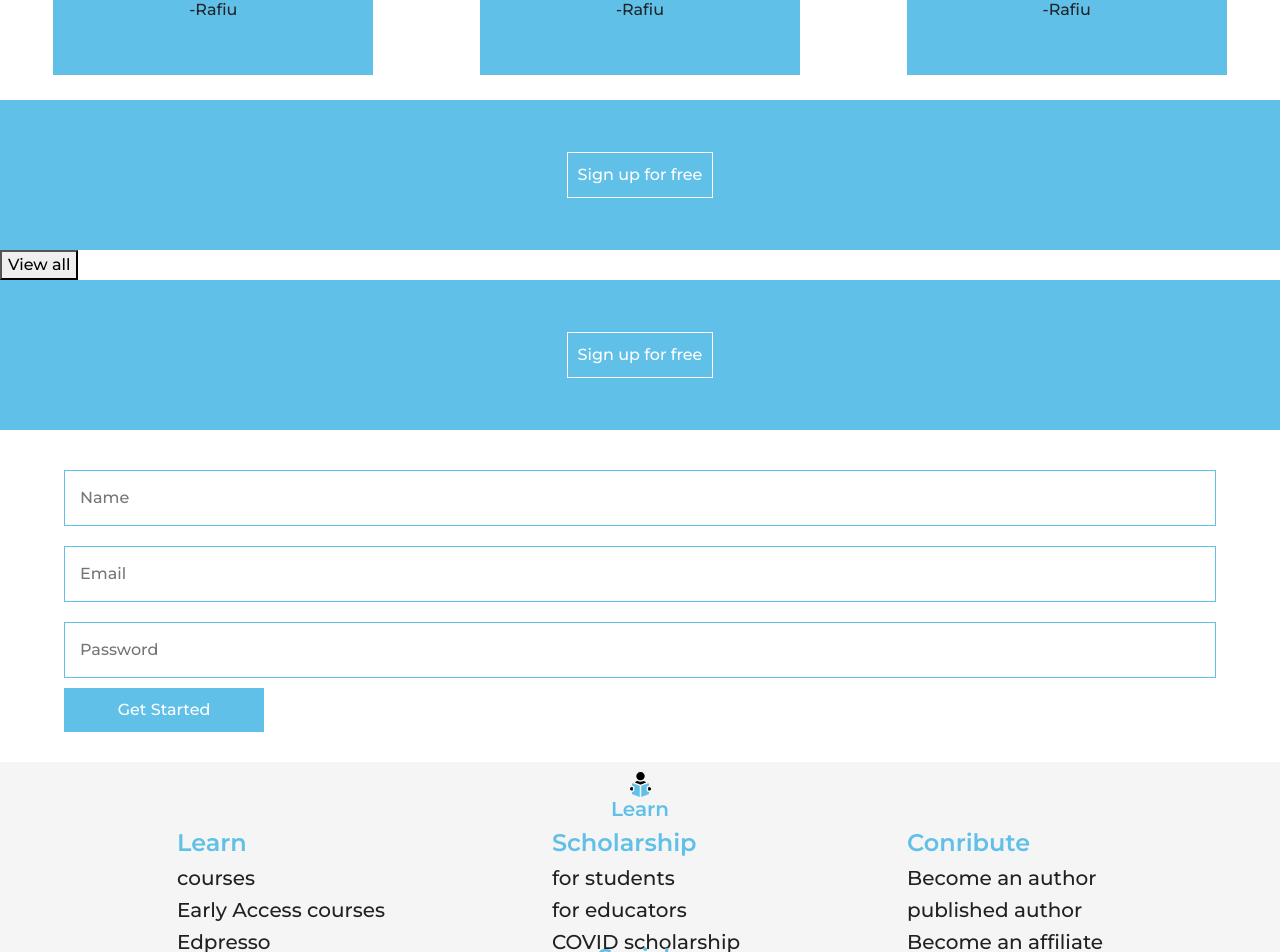
Repository: TiaraOluwanimi/team5
Page: tutor.html
An editor plug-in stored every save of this project. The page is shown before and after the next save, followed by the edit.
The browser window is 1280 px wide. The pictures show the part of the page from y = 2238 to 3190 px (the page is 3286 px tall before and 3256 px after).
A picture or video elsewhere on the page could not be fetched, so the positions and the page height are approximate. Some web libraries are served in a nearby version.

Above is the page before, as saved 2020-08-08 12:02:03.

### tutor.html
<!DOCTYPE html>
<html lang="zxx">
  <head>
    <meta charset="UTF-8" />
    <meta name="viewport" content="width=device-width, initial-scale=1.0" />
    <title>Online Tutoring</title>
    <!-- Custom Css -->
    <link rel="stylesheet" href="./assets/css/header-footer.css" />
    <link rel="stylesheet" href="./assets/css/tutor.css" />
    <link rel="stylesheet" href="./assets/css/testimonial.css" />
    <!-- Favicon -->

    <!---------------------- CDNs----------------- -->
    <!-- Bootstrap CSS CDN -->
    <link
      rel="stylesheet"
      href="https://maxcdn.bootstrapcdn.com/bootstrap/4.0.0/css/bootstrap.min.css"
      integrity="sha384-Gn5384xqQ1aoWXA+058RXPxPg6fy4IWvTNh0E263XmFcJlSAwiGgFAW/dAiS6JXm"
      crossorigin="anonymous"
    />
    <!-- fontawesome CDN -->
    <!-- Google Font -->
    <link href="https://fonts.googleapis.com/css2?family=Montserrat:wght@500;600&display=swap" rel="stylesheet">
    <!-- Font Awesome -->
    <script src="https://kit.fontawesome.com/0f19ba4771.js" crossorigin="anonymous"></script>

</head>

<body>
    <!-- Welcome to this online tutoring website. 😊 -->
    <!--  Header  -->
    <nav class="nav1">
      <a href="#"><img src="./assets/img/logo.png" alt="" /></a>
      <div class="nav1div1">
        <img
          class="searchicon"
          onclick="displaySearchBar()"
          src="./assets/img/search.png"
          alt=""
        />
        <button class="nav1butt1">Log in</button>
        <button class="nav1butt2">Join for free</button>
      </div>
      <div class="nav1div2 display">
        <input
          class="searchbar"
          type="text"
          placeholder="Enter Text here"

        />
      </div>
    </nav>

    <!-- Landing Page -->
    <div class="div1">
        <img class="div1img1" src="./assets/img/hero-img.png" alt="">
        <div class="div1div1">
            <i class="fas fa-play-circle fa-2x div1img2"></i>
            &nbsp;&nbsp;&nbsp;
            <h3 class="div1hh1">TAKE A TOUR</h3>
        </div>
    </div>

    <div class="div2">
        <h1 class="div2hh1">
            LEARN ALL YOU WANT, AT YOUR OWN
            <span class="div2hh2">PACE.</span>
        </h1>
        <h4 class="div2hh3">
            Lorem ipsum dolor sit amet, consectetur
            adipiscing elit, sed do eiusmod tempor
            incididunt ut labore et dolore magna
            aliqua. Ut enim ad minim veniam, quis
            nostrud exercitation ullamco laboris nisi
            ut aliquip ex ea commodo consequat.
        </h4>
        <div class="div2div1">
            <button class="div2butt1">Get Started</button>
        </div>
    </div>
    <!-- join us section -->
    <section id="join-us" class="py-5" style="position: relative;">
        <div style="position: absolute; right: 0px; top:-10px;">
          <img src="./assets/img/Ellipse13.png" alt="" class="img-fluid" >
        </div>
        <div class="container">
          <div class="row">
            <div class="col-12 mx-auto text-center">
              <h4 class="mx-auto sec-head">
                <span><strong>Join Us</strong></span>
              </h4>
              <p>
                Join us for free classes taught by experts. And explore hundreds
                of free online classes.
              </p>
            </div>
            <div class="row py-3">
                <div class="col-md-4 text-center my-3">
                  <div class="box-shadow py-3">
                    <img
                      src="./assets/img/course.png"
                      alt=""
                      class="join-img img-fluid rounded-circle w-50"
                    />
                    <h4 class="my-5"><strong>Choose a Course</strong></h4>
                  </div>
                </div>
                <div class="col-md-4 text-center my-3">
                  <div class="box-shadow py-3">
                    <img
                      src="./assets/img/skillset.png"
                      alt=""
                      class="join-img img-fluid rounded-circle w-50"
                    />
                    <h4 class="my-5"><strong>Grow your skillset</strong></h4>
                  </div>
                </div>
                <div class="col-md-4 text-center my-3">
                  <div class="box-shadow py-3">
                    <img
                      src="./assets/img/mentorship.png"
                      alt=""
                      class="join-img img-fluid rounded-circle w-50"
                    />
                    <h4 class="my-5"><strong>Meet a mentor</strong></h4>
                  </div>
                </div>
                <button
                  class="btn btn-lg btn-outline-primary py-3 px-5 rounded-0 mx-auto"
                >
                  View All
                </button>
              </div>
            </div>
        </div>
          </section>

    <!-- service section -->
    <section id="services" class="py-5" style="position: relative;">
      <div style="position: absolute; left: 0px; top: -30px;">
        <img src="./assets/img/Ellipse10.png" alt="" />
      </div>
      <div
        style="position: absolute; right: 0px; top: 30%; transform: scale(-1);"
      >
        <img src="./assets/img/Ellipse10.png" alt="" />
      </div>
      <div class="container">
        <div class="row">
          <div class="col-12 mx-auto text-center">
            <h4 class="mx-auto sec-head">
              <span><strong>Services</strong></span>
            </h4>
            <p>
              Helping over 5,000 students reach their ultimate goals with our
              special packages.
            </p>
          </div>
        </div>
        <div class="row p-3">
          <div class="col-md-4 text-center py-3">
            <h4><strong>Get help, FAST</strong></h4>
            <img
              src="./assets/img/hourglass1.png"
              alt=""
              class="img-fluid w-25 my-3"
            />
            <p class="my-3" style="font-size: 14px;">
              Lorem ipsum dolor sit amet, consectetur adipiscing elit, sed do
              eiusmod tempor incididunt ut labore et dolore magna aliqua. Ut
              enim ad minim veniam, quis nostrud exercitation ullamco laboris
              nisi ut aliquip ex ea commodo consequat. um.
            </p>
            <h6 class="border py-3 px-1 mx-3 border-primary">
              Learn More <i></i>
            </h6>
          </div>
          <div class="col-md-4 text-center py-3">
            <h4><strong>Personalised tutoring</strong></h4>
            <img
              src="./assets/img/teacher1.png"
              alt=""
              class="img-fluid w-25 my-3"
            />
            <p class="my-3" style="font-size: 14px;">
              Lorem ipsum dolor sit amet, consectetur adipiscing elit, sed do
              eiusmod tempor incididunt ut labore et dolore magna aliqua. Ut
              enim ad minim veniam, quis nostrud exercitation ullamco laboris
              nisi ut aliquip ex ea commodo consequat. um.
            </p>
            <h6 class="border py-3 px-1 mx-3 border-primary">
              Learn More <i></i>
            </h6>
          </div>
          <div class="col-md-4 text-center py-3">
            <h4><strong>80+ Courses</strong></h4>
            <img
              src="./assets/img/test1.png"
              alt=""
              class="img-fluid w-25 my-3"
            />
            <p class="my-3" style="font-size: 14px;">
              Lorem ipsum dolor sit amet, consectetur adipiscing elit, sed do
              eiusmod tempor incididunt ut labore et dolore magna aliqua. Ut
              enim ad minim veniam, quis nostrud exercitation ullamco laboris
              nisi ut aliquip ex ea commodo consequat. um.
            </p>
            <h6 class="border py-3 px-1 mx-3 mx-lg-1 border-primary">
              Learn More <i></i>
            </h6>
          </div>
        </div>
      </div>
    </section>
    <!-- Testimonial section -->
    <section>
      <div>
        <div class="testimonial-heading">
          <div>
            <h4 class="mx-auto sec-head">
              <span><strong>Testimonials</strong></span>
            </h4>
          </div>
          <p>what our awesome client are saying</p>
        </div>
        <div  id="testimonial-details">
          <div class="testimonial-card col-3">
            <img src="./assets/img/Ellipse7.png" alt="">
            <div class="testimonial-statement">
              <p>Lorem ipsum dolor sit amet, consectetur adipiscing elit, sed do odo consequat. um.</p>
            </div>
            <p>-Rafiu</p>
          </div>
          <div class="testimonial-card col-3">
            <img src="./assets/img/Ellipse7.png" alt="">
            <div class="testimonial-statement">
              <p>Lorem ipsum dolor sit amet, consectetur adipiscing elit, sed do odo consequat. um.</p>
            </div>
            <p>-Rafiu</p>
          </div>
          <div class="testimonial-card col-3">
            <img src="./assets/img/Ellipse7.png" alt="">
            <div class="testimonial-statement">
              <p>Lorem ipsum dolor sit amet, consectetur adipiscing elit, sed do odo consequat. um.</p>
            </div>
            <p>-Rafiu</p>
          </div>

        </div>
        <div id="sign-button">

          <button>Sign up for free</button>
        </div>
          <button>View all</button>
        <div id="sign-button">

          <button>Sign up for free</button>
        </div>
        <div class="testimonial-container">
          <form >
            <input type="text" placeholder="Name">
            <input type="email" placeholder="Email">
            <input type="password" placeholder="Password">
            <button>Get Started</button>
          </form>
        </div>
      </div>
    </section>
    <!--  Footer  -->
    <footer class="footer1">
      <div class="footer1div1">
        <img class="footer1img1" src="./assets/img/logo.png" alt="" />
        <h5 class="footer1hh1">Learn</h5>
      </div>

      <div class="footer1div2">
        <div class="footer1div3">
          <h4 class="footer1hh2">Learn</h4>
          <a href="" class="footer1link1"
            ><h5 class="footer1hh3">courses</h5></a
          >
          <a href="" class="footer1link1"
            ><h5 class="footer1hh3">Early Access courses</h5></a
          >
          <a href="" class="footer1link1"
            ><h5 class="footer1hh3">Edpresso</h5></a
          >
          <a href="" class="footer1link1"
            ><h5 class="footer1hh3">Subscriptions</h5></a
          >
        </div>
        <div class="footer1div4">
          <h4 class="footer1hh2">Scholarship</h4>
          <a href="" class="footer1link1"
            ><h5 class="footer1hh3">for students</h5></a
          >
          <a href="" class="footer1link1"
            ><h5 class="footer1hh3">for educators</h5></a
          >
          <a href="" class="footer1link1"
            ><h5 class="footer1hh3">COVID scholarship</h5></a
          >
        </div>
        <div class="footer1div5">
          <h4 class="footer1hh2">Conribute</h4>
          <a href="" class="footer1link1"
            ><h5 class="footer1hh3">Become an author</h5></a
          >
          <a href="" class="footer1link1"
            ><h5 class="footer1hh3">published author</h5></a
          >
          <a href="" class="footer1link1"
            ><h5 class="footer1hh3">Become an affiliate</h5></a
          >
        </div>
      </div>

      <div class="footer1div6">
        <h4 class="footer1hh2 redd">Socials</h4>
        <a href="#"><img src="./assets/img/whatsapp.png" alt="" /></a>
        <a href="#"><img src="./assets/img/instagram.png" alt="" /></a>
      </div>

      <h4 class="footer1hh4">
        copyright 2020 Learn, inc. All rights reserved
      </h4>
    </footer>

    <!---------------------- CDNs----------------- -->
    <!-- jQuery CDN -->
    <script
      src="https://code.jquery.com/jquery-3.2.1.slim.min.js"
      integrity="sha384-KJ3o2DKtIkvYIK3UENzmM7KCkRr/rE9/Qpg6aAZGJwFDMVNA/GpGFF93hXpG5KkN"
      crossorigin="anonymous"
    ></script>
    <!-- ajax CDN -->
    <script
      src="https://cdnjs.cloudflare.com/ajax/libs/popper.js/1.12.9/umd/popper.min.js"
      integrity="sha384-ApNbgh9B+Y1QKtv3Rn7W3mgPxhU9K/ScQsAP7hUibX39j7fakFPskvXusvfa0b4Q"
      crossorigin="anonymous"
    ></script>
    <!-- BootstrapJS CDN -->
    <script
      src="https://maxcdn.bootstrapcdn.com/bootstrap/4.0.0/js/bootstrap.min.js"
      integrity="sha384-JZR6Spejh4U02d8jOt6vLEHfe/JQGiRRSQQxSfFWpi1MquVdAyjUar5+76PVCmYl"
      crossorigin="anonymous"
    ></script>
    <!-- Custom Javascript Links -->
    <script src="./assets/js/tutor.js"></script>
  </body>
</html>

### assets/css/header-footer.css

/*  Header Navbar */
body{
  margin: 0;
}
.nav1{
   margin: 10px;
}
.nav1div1{
    display: inline;
    float: right;
}
.nav1butt1{
    color: #212121;
    border-color: #212121;
    border-width: 1px;
    background-color: #FFFFFF;
    padding: 7px 7px;
    font-family: 'Montserrat', sans-serif;
    font-weight: 500;
    outline: none;
    margin-left: 35px;
}
.nav1butt2{
    color: #FFFFFF;
    border-color: #60C0E8;
    border: none;
    background-color: #60C0E8;
    padding: 8px 7px;
    font-family: 'Montserrat', sans-serif;
    font-weight: 500;
    outline: none;
    margin-left: 8px;
}
.nav1butt1:hover{
    background-color: #f0f0f0;
      cursor: pointer;
}
.nav1butt2:hover{
    background-color: #60adce;
    cursor: pointer;
}
.searchicon:hover{
    cursor: pointer;
}
.nav1div2{
    text-align: center;
    width: 100%;
    margin-top: 10px;
}
.searchbar{
    width: 60%;
    font-family: 'Montserrat', sans-serif;
    outline: none;
    border-radius: 10px;
    padding: 10px;
    border-width: 1px;
}
.footer1link1{
    text-decoration: none;
}
.display{
    display: none;
}



/*  Footer  */
.footer1{
    padding: 10px;
    background-color: #F5F5F5;
}
.footer1div1{
    text-align: center;
}
.footer1hh1{
    margin-top: 0px;
    font-family: 'Montserrat', sans-serif;
    color: #60C0E8;
    font-weight: 600;
}
.footer1div2{
    display: flex;
    flex-direction:row;
    justify-content: space-evenly;
}
.footer1hh2{
    font-family: 'Montserrat', sans-serif;
    color: #60C0E8;
    font-weight: 600;
}
.footer1hh3{
    font-family: 'Montserrat', sans-serif;
    color: #212121;
    font-weight: normal;
}
.footer1div6{
    text-align: center;
    margin-top: -50px;
}
.redd{
    margin-bottom: 5px;
}
.footer1hh4{
    text-align: center;
    font-family: 'Montserrat', sans-serif;
    color: #212121;
    font-style: normal;
    font-weight: 500;
}

/* Footer Media Queries */
@media only screen and (max-width: 399px) {
    .footer1div2{
        flex-direction: column;
        align-items: center;
    }
    .footer1div6{
        text-align: center;
        margin-top: -10px;
    }
}

### assets/css/tutor.css
* {
  font-family: "Montserrat", sans-serif;
}
.div1 {
  margin: 10px;
  text-align: center;
}
.div1div1 {
  width: 100%;
  display: flex;
  justify-content: center;
  background-color: #60c0e8;
  margin-top: -5px;
}
.div1img1 {
  width: 100%;
  height: 350px;
}
.div1img2 {
  padding-top: 15px;
  color: #ffffff;
}
.div1div1:hover {
  background-color: #60adce;
  cursor: pointer;
}
.div1hh1 {
  font-family: "Montserrat", sans-serif;
  font-weight: 600;
  color: #ffffff;
}

.div2 {
  margin: 10px;
}
.div2hh1 {
  font-family: "Montserrat", sans-serif;
  text-align: center;
  color: #3a3a3a;
  font-weight: bold;
}
.div2hh2 {
  color: #60c0e8;
}
.div2hh3 {
  font-family: "Montserrat", sans-serif;
  text-align: center;
  color: #000000;
  font-weight: 500;
}
.div2div1 {
  text-align: center;
}
.div2butt1 {
  background-color: #60c0e8;
  font-weight: 500;
  color: #ffffff;
  border: none;
  outline: none;
  padding: 15px 30px;
  font-size: large;
}
.div2butt1:hover {
  background-color: #60adce;
  cursor: pointer;
}

/* this handles the line in each section heading  */
.sec-head {
  width: 30%;
  text-align: center;
  border-bottom: 2px solid #000;
  line-height: 0.1em;
  margin: 10px 0 20px;
}
.sec-head span {
  background: #fff;
  padding: 0 10px;
}
/* join us images border */
.join-img {
  border: 5px solid #60c0e8 !important;
}
/* box shadow */
.box-shadow {
  box-shadow: 0px 5px 30px 0.5px #e6e6e6;
}
.box-shadow:hover {
  box-shadow: 0px 5px 30px 5px #c7c7c7;
}

@media screen and (max-width: 320px) {
  .sec-head {
    width: 70%;
  }
}

### assets/css/testimonial.css
.testimonial-heading{
    text-align:center;
    margin-bottom: 50px;;
}
.testimonial-card{
    text-align: center;
    height:250px;
    width:500px;
    padding:15px;
    position: relative;
    background-color: #60C0E8;
    margin: 50px 20px 25px;


}
.testimonial-card img{
    margin-top:-60px;

    width:120px;
    border: 8px solid white;
    border-radius: 100%;

}
.testimonial-statement{
    color:#fff;
    margin:10px 0;
}
#testimonial-details{
    display:flex;
    justify-content: space-around;
    flex-wrap:nowrap;
    overflow-x: scroll;
}
.testimonial-container{
    width:90%;
    margin:0 auto;
    overflow: hidden;
}

#sign-button{
    background: #60C0E8;
    width:100%;
    height:150px;
    display: flex;
    align-items: center;
    justify-content: center;
}
#sign-button button{
    background:#60C0E8;
    color:#fff;
    padding:10px;
    border:1px solid #fff;
    transition: ease 1s;
}
#sign-button button:hover{
    background:#fff;
    color:#60C0E8;
  ;
}
form{
    box-sizing: border-box;
    margin:30px 0;
}
form input{
    width:100%;
    margin:10px 0;
    padding:15px;
    border: 1px solid #60C0E8;
    box-sizing: border-box;
}

form button{
    width:200px;
    margin: 0 auto;
    background: #60C0E8;
    color:#fff;
    padding:10px;
    border:none;
}

### assets/js/tutor.js

function displaySearchBar(){
    document.querySelector(".nav1div2").classList.toggle("display");
}

After the next save:
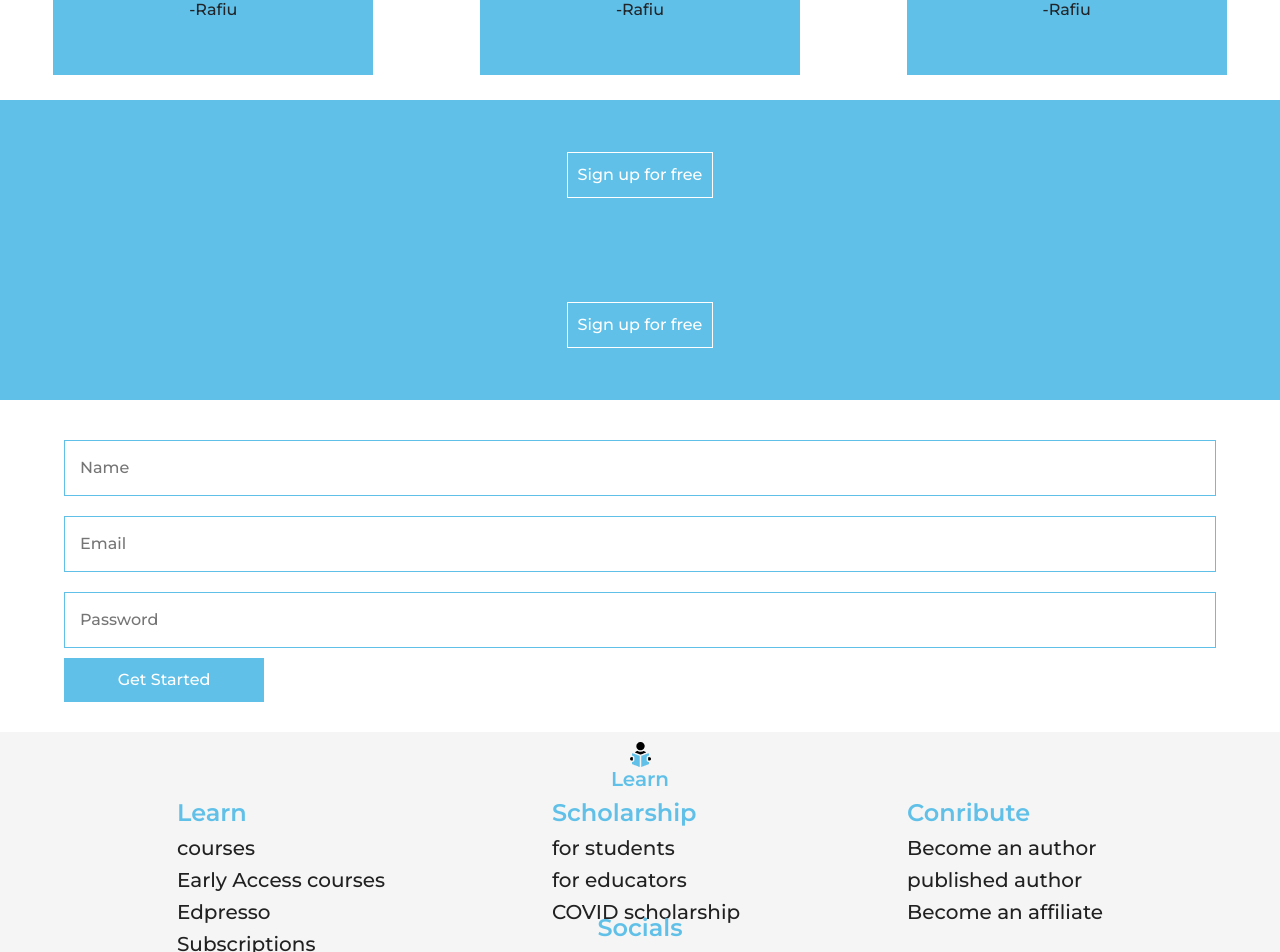
Saved 5 s later.
--- a/tutor.html
+++ b/tutor.html
@@ -251,7 +251,7 @@
 
           <button>Sign up for free</button>
         </div>
-          <button>View all</button>
+
         <div id="sign-button">
 
           <button>Sign up for free</button>
